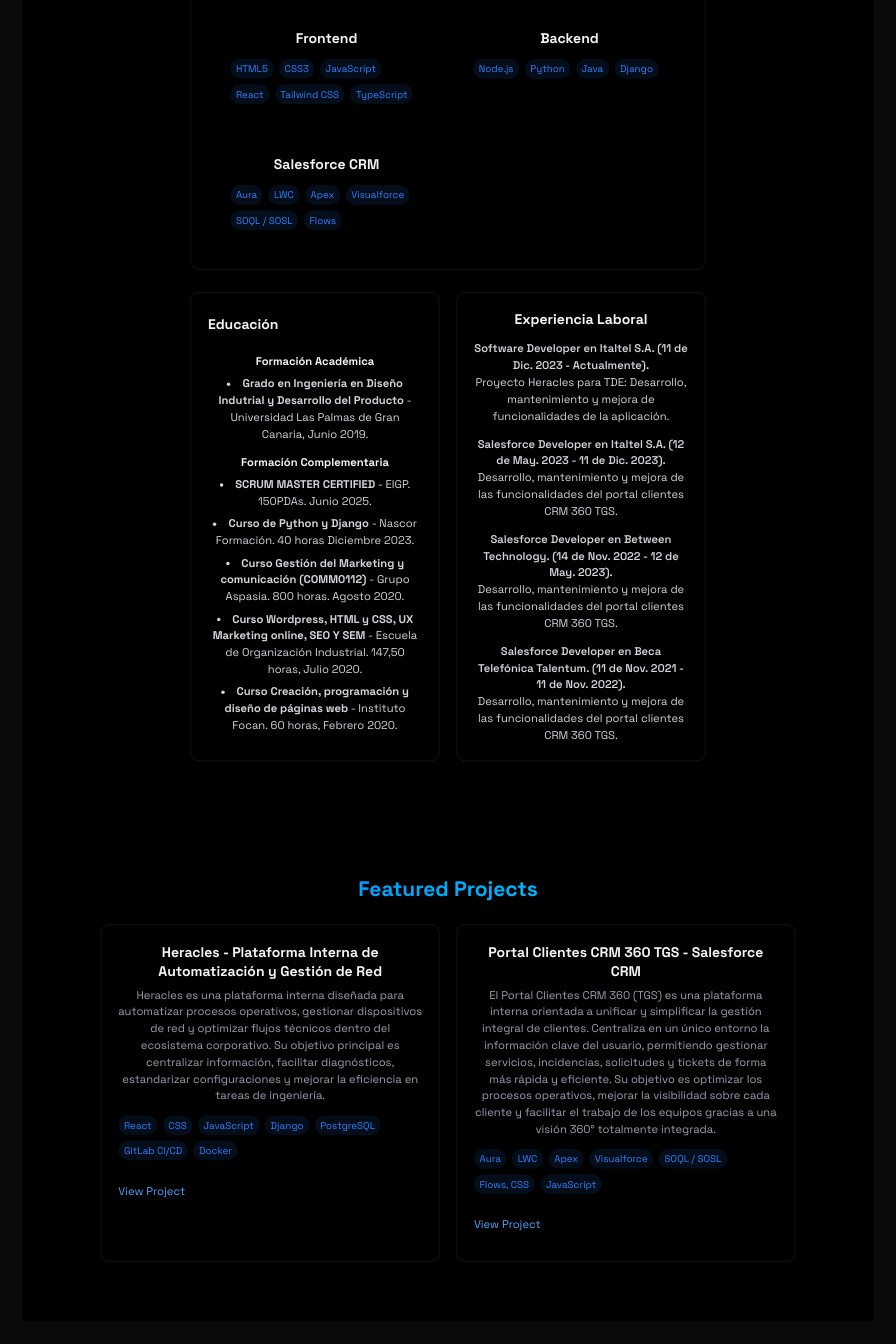
Repository: Bea0224/beatriz-portfolio
Page: /
An editor plug-in stored every save of this project. The page is shown before and after a run of saves, followed by the edit.
The browser window is 1280 px wide. The pictures show the part of the page from y = 988 to 2908 px (the page is 2908 px tall), at 70% of full size.
The project was rebuilt for these pictures with package versions that can differ from the ones it lists, and the page was loaded fresh each time. Also part of the build but not shown: vite.config.js.

Above is the page before, as saved 2025-12-08 18:53:36.

### index.html
<!doctype html>
<html lang="en">
  <head>
    <meta charset="UTF-8" />
    <link rel="icon" type="image/svg+xml" href="/vite.svg" />
    <link rel="preconnect" href="https://fonts.googleapis.com">
    <link rel="preconnect" href="https://fonts.gstatic.com" crossorigin>
    <link
      href="https://fonts.googleapis.com/css2?family=Space+Grotesk:wght@300..700&display=swap"
      rel="stylesheet"
    />
    <meta name="viewport" content="width=device-width, initial-scale=1.0" />
    <title>Vite + React</title>
  </head>
  <body>
    <div id="root"></div>
    <script type="module" src="/src/main.jsx"></script>
  </body>
</html>

### src/index.css
@import "tailwindcss";

html,
body {
  margin: 0;
  padding: 0;
  font-family: "Space Grotesk", sans-serif;
  background: #0a0a0a;
  color: #f3f4f6;
}

@layer utilities {
  @keyframes blink {
    0%,
    100% {
      opacity: 1;
    }
    50% {
      opacity: 0;
    }
  }

  .animate-blink {
    animation: blink 0.8s step-end infinite;
  }

  @keyframes loading {
    0% {
      transform: translateX(-100%);
    }
    100% {
      transform: translateX(250%);
    }
  }

  .animate-loading-bar {
    animation: loading 0.8s ease infinite;
  }
}

.reveal {
  opacity: 0;
  transform: translateY(20px);
  transition: opacity 0.7s ease, transform 0.7s ease;
}

.reveal.visible {
  opacity: 1;
  transform: translateY(0);
}

### src/App.jsx
import { useState } from 'react';
import './App.css'
import {LoadingScreen} from "./components/LoadingScreem";
import { Navbar } from './components/Navbar';
import { MobileMenu } from './components/MobileMenu';
import { Home } from './components/sections/Home';
import { About } from './components/sections/About';
import { Projects } from './components/sections/Projects';
// import { Contact } from './components/sections/Contact';

import "./index.css"

function App() {
  const [isLoaded, setIsLoaded] = useState(false)
  const [menuOpen, setMenuOpen] = useState(false)

  return (
    <>
      {!isLoaded && <LoadingScreen onComplete={()=>setIsLoaded(true)} />}{" "}
        <div className={`min-h-screen transition-opacity duration-700 ${
          isLoaded ? "opacity-100" : "opacity-0"
        } bg-black text-gray-100`}
        >
          <Navbar menuOpen={menuOpen} setMenuOpen={setMenuOpen} />
          <MobileMenu menuOpen={menuOpen} setMenuOpen={setMenuOpen} />
          <Home />
          <About />
          <Projects />
          {/*
          <Contact /> */}
        </div>
    </>
  )
}

export default App

### src/components/LoadingScreem.jsx
import { useEffect, useState } from "react";

export const LoadingScreen = ({ onComplete }) => {
  const [text, setText] = useState("");
  const fullText = "<Hello Wolrd! />";

  useEffect(() => {
    let index = 0;
    const interval = setInterval(() => {
      setText(fullText.substring(0, index));
      index++;

      if (index > fullText.length) {
        clearInterval(interval);

        setTimeout(() => {
          onComplete();
        }, 1000);
      }
    }, 100);

    return () => clearInterval(interval);
  }, [onComplete]);

  return (
    <div className="fixed inset-0 z-50 bg-black text-gray-100 flex flex-col items-center justify-center">
      <div className="mb-4 text-4xl font-mono font-bold">
        {text} <span className="animate-blink ml-1"> | </span>
      </div>

      <div className="w-[200px] h-[2px] bg-gray-800 rounded relative overflow-hidden">
        <div className="w-[40%] h-full bg-blue-500 shadow-[0_0_15px_#3b82f6] animate-loading-bar"></div>
      </div>
    </div>
  );
};

### src/components/Navbar.jsx
import { useEffect } from "react"

export const Navbar = ({menuOpen, setMenuOpen}) => {

    useEffect(() => {
        document.body.style.overflow = menuOpen ? "hidden" : "";
    }, [menuOpen])

    return (
    <nav className="fixed top-0 w-full z-40 bg-[rgba(10, 10, 10, 0.8)] backdrop-blur-lg border-b border-white/10 shadow-lg">
        <div className="max-w-5xl mx-auto px-4">
            <div className="flex justify-between items-center h-16">
                <a href="#home" className="font-mono text-xl font-bold text-white">
                    {" "}
                    Beatriz<span className="text-blue-500">.Mujica</span>{" "}
                </a>
                <div className="w-7 h-5 relative cursor-pointer z-40 md:hidden" onClick={()=> setMenuOpen((prev => !prev))}>
                    &#9776;
                </div>
                <div className="hidden md:flex items-center space-x-8">
                    <a
                        href="#home"
                        className="text-gray-300 hove:text-white transition-colors"
                    >
                        {" "}
                        Home{" "}
                    </a>
                    <a
                        href="#about"
                        className="text-gray-300 hove:text-white transition-colors"
                    >
                        {" "}
                        About{" "}
                    </a>
                    <a
                        href="#projects"
                        className="text-gray-300 hove:text-white transition-colors"
                    >
                        {" "}
                        Projects{" "}
                    </a>
                    <a
                        href="contact"
                        className="text-gray-300 hove:text-white transition-colors"
                    >
                        {" "}
                        Contact{" "}
                    </a>
                </div>
            </div>
        </div>
    </nav>
    )
}

### src/components/MobileMenu.jsx
export const MobileMenu = ({menuOpen, setMenuOpen}) => {


    return (
        <div className={`fixed top-0 left-0 w-full bg-[rgba(10,10,10,0.8)] z-40 flex flex-col items-center justify-center
                         transition-all duration-300 ease-in-out
                         ${menuOpen
                            ? "h-screen opacity-100 pointer-events-auto"
                            : "h-0 opacity-0 pointer-events-none"
                         }
                        `}
        >
            <button
                onClick={() => setMenuOpen(false)}
                className="absolute top-6 right-6 text-white text-3xl focus:outline-none cursor-pointer"
                aria-label="Close Menu"
                >
                &times;
            </button>

            <a
                href="#home"
                onClick={() => setMenuOpen(false)}
                className={`text-2xl font-semibold text-white my-4 tranform transition-transform duration-300
                            ${
                                menuOpen
                                    ? "opacity-100 translate-y-0"
                                    : "opacity-0 translate-y-5"
                            }
                    `}
            >
                Home
            </a>
            <a
                href="#about"
                onClick={() => setMenuOpen(false)}
                className={`text-2xl font-semibold text-white my-4 tranform transition-transform duration-300
                            ${
                                menuOpen
                                    ? "opacity-100 translate-y-0"
                                    : "opacity-0 translate-y-5"
                            }
                    `}
            >
                About
            </a>
            <a
                href="#projects"
                onClick={() => setMenuOpen(false)}
                className={`text-2xl font-semibold text-white my-4 tranform transition-transform duration-300
                            ${
                                menuOpen
                                    ? "opacity-100 translate-y-0"
                                    : "opacity-0 translate-y-5"
                            }
                    `}
            >
                Projects
            </a>
            <a
                href="contact"
                onClick={() => setMenuOpen(false)}
                className={`text-2xl font-semibold text-white my-4 tranform transition-transform duration-300
                            ${
                                menuOpen
                                    ? "opacity-100 translate-y-0"
                                    : "opacity-0 translate-y-5"
                            }
                    `}
            >
                Contact
            </a>
        </div>
    );
}

### src/components/sections/Home.jsx
import { RevealOnScroll } from "./RevealOnScroll"

export const Home = () => {
    return (
        <section
            id="home"
            className="min-h-screen flex items-center justify-center relative">
                <RevealOnScroll>
                    <div className="text-center z-10 px-4">
                        <h1 className="text-5xl md:text-7xl font-bold mb-6 bg-gradient-to-r from-blue-500 to-cyan-400 bg-clip-text text-transparent leading-right">
                            Hola, me llamo Beatriz
                        </h1>
                        <p className="text-gray-400 text-lg mb-8 w-3/4 mx-auto">
                            ¡Hola! Soy desarrolladora web Frontend, y me especializo en crear aplicaciones limpias y escalables con JavaScript, React, HTML y CSS. Mi pasión es que no solo rindan de maravilla, sino que también ofrezcan una experiencia de usuario (UX) realmente cautivadora.
                            Mi formación en Ingeniería de Diseño Industrial me aporta una visión muy particular: me encanta fusionar la estética y la funcionalidad en cada proyecto.
                            He tenido la oportunidad de trabajar en proyectos importantes para Telefónica (incluyendo desarrollos en la plataforma Salesforce), y además, cuento con buenos conocimientos en backend con Python (Django) y familiaridad con herramientas como Docker.
                        </p>
                        <div className="flex justify-center space-x-4">
                            <a href="#projects" className="bg-blue-500 text-white py-3 px-6 rounded font-medium transition relative overflow-hidden hover:-translate-y-0.5 hover:shadow-[0_0_15px_rgba(59, 130, 246, 0.4)]">
                                Ver proyectos
                            </a>
                            <a href="#contact" className="border border-blue-500/50 text-blue-500 py-3 px-6 rounded font-medium transition-all duration-200 hover:shadow-[0_0_15px_rgba(59, 130, 246, 0.2)] hover:bg-blue-500/10">
                                Contáctame
                            </a>
                        </div>
                    </div>
                </RevealOnScroll>
        </section>
    )
}

### src/components/sections/Projects.jsx
import { RevealOnScroll } from "./RevealOnScroll"

export const Projects = () => {
    return(
        <section
            id="projects"
            className="min-h-screen flex items-center justify-center py-20"
        >
            <div className="max-w-5xl mx-auto px-4">
                <h2 className="text-3xl font-bold mb-8 bg-gradient-to-r from-blue-500 to-cyan-400 bg-clip-text text-transparent text-center">
                    {" "}
                    Featured Projects
                </h2>
                <div className="grid grid-cols-1 md:grid-cols-2 gap-6">
                    <div className="p-6 rounded-xl border border-white/10 hover:-translate-y-l hover:border-blue-500/30 hover:shadow-[0_2px_8px_rgba(59,130,246,0.1)] transition-all">
                        <h3 className="text-xl font-bold mb-2"> Heracles - Plataforma Interna de Automatización y Gestión de Red</h3>
                        <p className="text-gray-400 mb-4">
                            Heracles es una plataforma interna diseñada para automatizar procesos operativos,
                            gestionar dispositivos de red y optimizar flujos técnicos dentro del ecosistema corporativo.
                            Su objetivo principal es centralizar información, facilitar diagnósticos, estandarizar configuraciones y
                            mejorar la eficiencia en tareas de ingeniería.

                            {/* <ul className="list-disc list-inside text-gray-300 space-y-2">
                                En este proyecto trabajé con un ecosistema técnico moderno:
                                <li>
                                     <strong>Frontend:</strong> React, HTML, CSS, JavaScript
                                </li>
                                <li>
                                    <strong>Backend:</strong> Django (Python)
                                </li>
                                <li>
                                    <strong>Base de datos:</strong> PostgreSQL
                                </li>
                                <li>
                                    <strong>Integración y despliegue:</strong> GitLab CI/CD y Docker
                                </li>
                                <li>
                                    <strong>Otros elementos del entorno:</strong> Integraciones internas propias de la compañía y herramientas de automatización.
                                </li>

                            </ul> */}
                        </p>
                        <div className="flex flex-wrap gap-2 mb-4">
                            {["React", "CSS", "JavaScript", "Django", "PostgreSQL", "GitLab CI/CD", "Docker"].map((tech, key)=>(
                                <span
                                    key={key}
                                    className="bg-blue-500/10 text-blue-500 py-1 px-2 rounded-full text-sm hover:bg-blue-500/20
                                    hover:shadow-[0_2px_8px_rgba(59,130,2246,0.2)] transition">
                                    {tech}
                                </span>
                            ))}
                        </div>
                        <div className="flex justify-between items-center">
                            <a href="#" className="text-blue-400 hover:text-blue-300 transition-colors my-4">
                                View Project {" "}
                            </a>
                        </div>
                    </div>
                    <div className="p-6 rounded-xl border border-white/10 hover:-translate-y-l hover:border-blue-500/30 hover:shadow-[0_2px_8px_rgba(59,130,246,0.1)] transition-all">
                        <h3 className="text-xl font-bold mb-2"> Portal Clientes CRM 360 TGS - Salesforce CRM</h3>
                        <p className="text-gray-400 mb-4">
                            El Portal Clientes CRM 360 (TGS) es una plataforma interna orientada a unificar y simplificar la gestión integral de clientes.
                            Centraliza en un único entorno la información clave del usuario, permitiendo gestionar servicios, incidencias, solicitudes y tickets de forma más rápida y eficiente.
                            Su objetivo es optimizar los procesos operativos, mejorar la visibilidad sobre cada cliente y facilitar el trabajo de los equipos gracias a una visión 360° totalmente integrada.
                        </p>
                        <div className="flex flex-wrap gap-2 mb-4">
                            {["Aura", "LWC", "Apex", "Visualforce", "SOQL / SOSL", "Flows, CSS", "JavaScript"].map((tech, key)=>(
                                <span
                                    key={key}
                                    className="bg-blue-500/10 text-blue-500 py-1 px-2 rounded-full text-sm hover:bg-blue-500/20
                                    hover:shadow-[0_2px_8px_rgba(59,130,2246,0.2)] transition">
                                    {tech}
                                </span>
                            ))}
                        </div>
                        <div className="flex justify-between items-center">
                            <a href="#" className="text-blue-400 hover:text-blue-300 transition-colors my-4">
                                View Project {" "}
                            </a>
                        </div>
                    </div>
                </div>
            </div>
        </section>
    )
}

### src/components/sections/RevealOnScroll.jsx
import { useRef, useEffect} from "react";

export const RevealOnScroll = ({children}) => {

    const ref = useRef(null);

    useEffect(() => {
        const observer = new IntersectionObserver(
            ([entry]) => {
                if(entry.isIntersecting) {
                    ref.current.classList.add("visible");
                }
            },
            { threshold: 0.2, rootMargin: "0px 0px -50px 0px" }
        );

        if (ref.current) observer.observe(ref.current);

        return () => observer.disconnect();

    },[]);

    return(
        <div ref={ref} className="reveal">
            {children}
        </div>
    )

}

Loaded but not shown: src/main.jsx (common file); src/App.css (common file); src/components/sections/About.jsx (174 lines, source omitted)

After the next 10 saves:
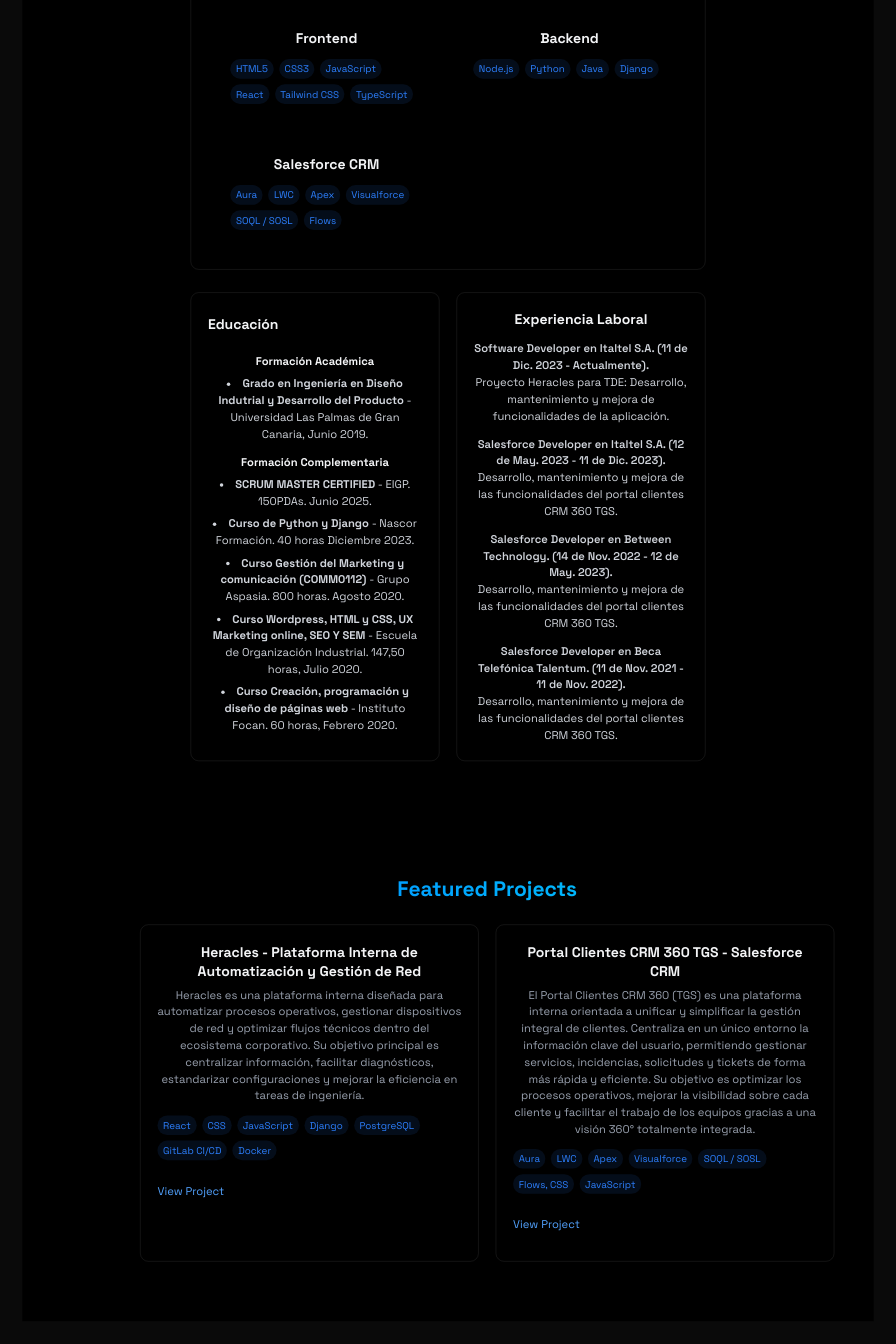
The 10 saves are shown as one change because 1 did not build or start and some came seconds apart.
The last was saved 23 s later.
--- a/src/components/sections/Projects.jsx
+++ b/src/components/sections/Projects.jsx
@@ -6,6 +6,8 @@
             id="projects"
             className="min-h-screen flex items-center justify-center py-20"
         >
+            <RevealOnScroll></RevealOnScroll>
+                <div className="max-w-3xl mx-auto px-4"></div>
             <div className="max-w-5xl mx-auto px-4">
                 <h2 className="text-3xl font-bold mb-8 bg-gradient-to-r from-blue-500 to-cyan-400 bg-clip-text text-transparent text-center">
                     {" "}

After the 3 saves that followed:
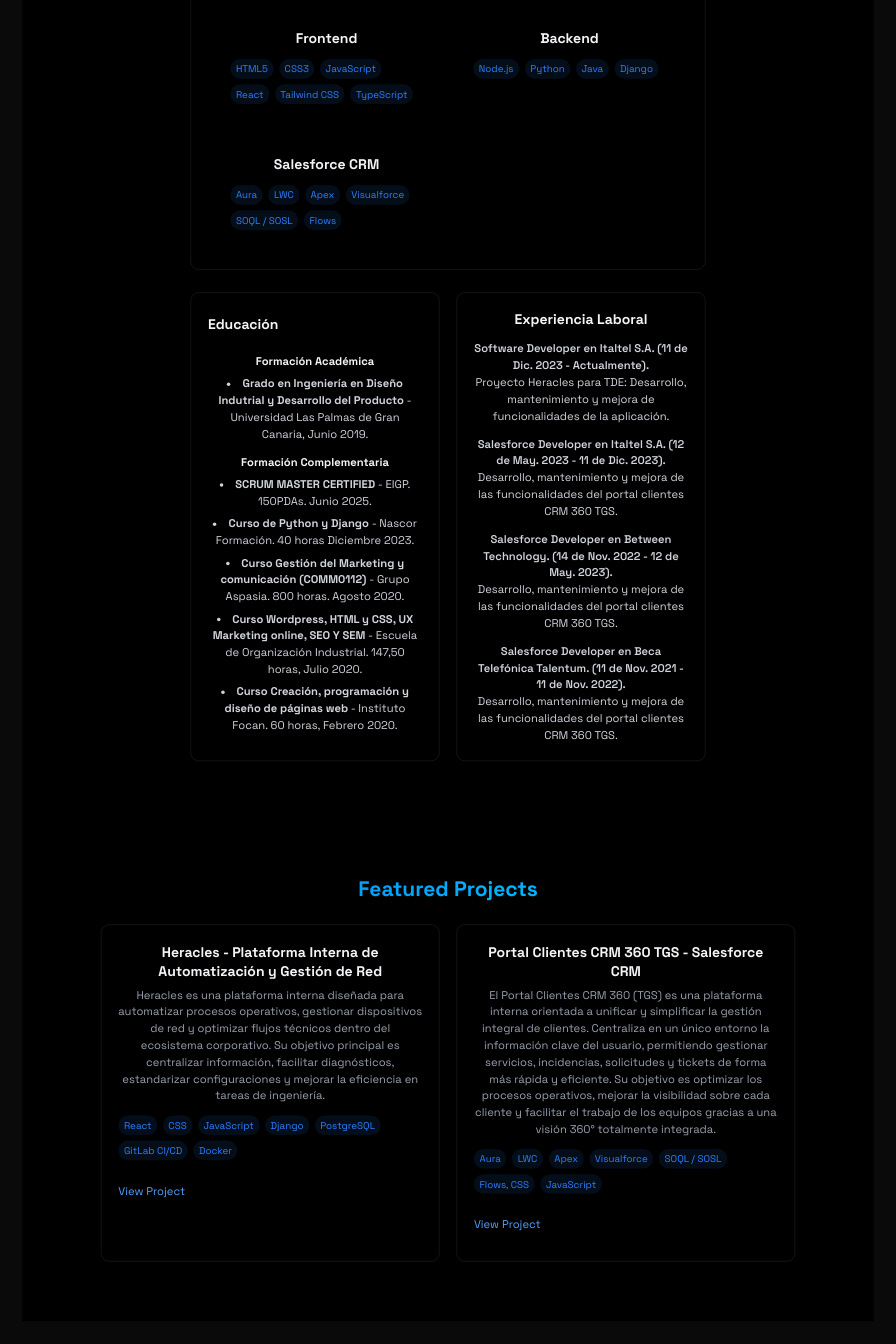
The 3 saves are shown as one change because 1 left the picture as it was and some came seconds apart.
The last was saved 21 s later.
--- a/src/components/sections/Projects.jsx
+++ b/src/components/sections/Projects.jsx
@@ -6,8 +6,8 @@
             id="projects"
             className="min-h-screen flex items-center justify-center py-20"
         >
-            <RevealOnScroll></RevealOnScroll>
-                <div className="max-w-3xl mx-auto px-4"></div>
+
+
             <div className="max-w-5xl mx-auto px-4">
                 <h2 className="text-3xl font-bold mb-8 bg-gradient-to-r from-blue-500 to-cyan-400 bg-clip-text text-transparent text-center">
                     {" "}
